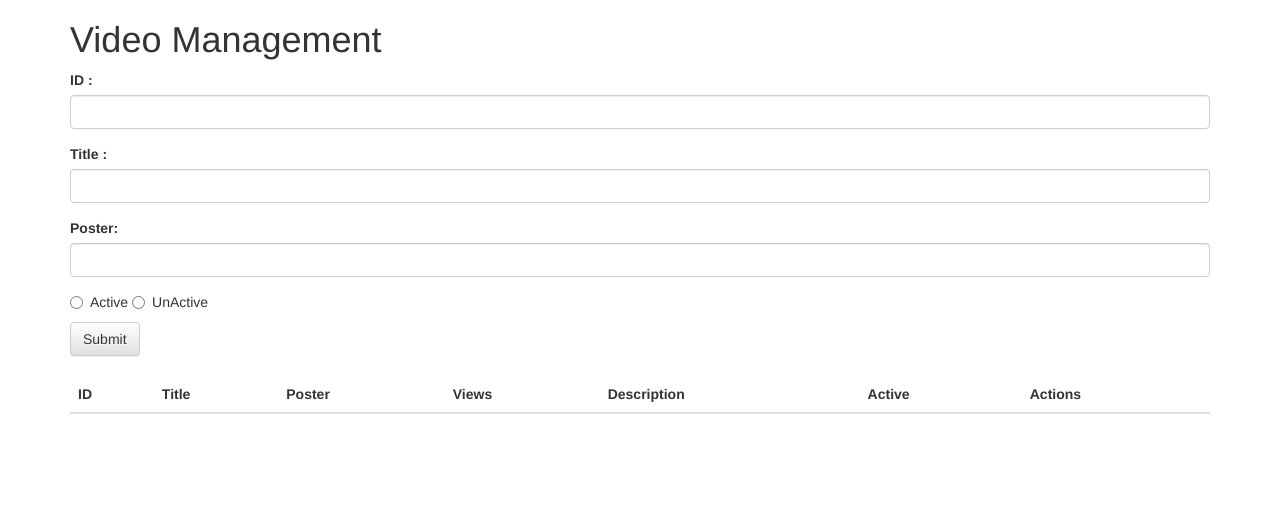
Repository: Hacorbie/Java-Servlet
Page: http://localhost/ASM_JV4/views/User.jsp
An editor plug-in stored every save of this project. The page is shown before and after the next save, followed by the edit.
The browser window is 1280 px wide. The pictures show the whole page.
Some web libraries are served in a nearby version. The page is served by Tomcat 9. Other server files are loaded and not shown. The template is opened directly, without the code that normally fills it, so the values that code supplies are empty.

Above is the page before, as saved 2023-04-08 17:38:07.

### ASM_JV4/src/main/webapp/views/User.jsp
<%@ page language="java" contentType="text/html; charset=UTF-8"
	pageEncoding="UTF-8"%>
<%@ taglib uri="http://java.sun.com/jsp/jstl/core" prefix="c"%>
<!DOCTYPE html>
<html>
<head>
<meta charset="UTF-8">
<title>Video Management</title>
<!-- Thêm các file CSS Bootstrap -->
<link rel="stylesheet"
	href="https://maxcdn.bootstrapcdn.com/bootstrap/3.3.7/css/bootstrap.min.css">
<link rel="stylesheet"
	href="https://maxcdn.bootstrapcdn.com/bootstrap/3.3.7/css/bootstrap-theme.min.css">
</head>
<body>
	<div class="container">
		<h1>Video Management</h1>
		<!-- Form thêm mới video -->
		<form method="post" action="VideoController">
		<div class="form-group">
    <label for="ID">ID :</label>
    <input type="text" class="form-control" name ="ID">
  </div>
			<div class="form-group">
    <label for="title">Title :</label>
    <input type="text" class="form-control" name ="title">
  </div>
  <div class="form-group">
    <label for="poster">Poster:</label>
    <input type="text" class="form-control" name="poster">
  </div>
  <div class="radio">
    <label><input type="radio" name = "active" value ="yes"> Active</label>
    <label><input type="radio"name = "active" value ="no"> UnActive</label>
  </div>
  <button type="submit" class="btn btn-default">Submit</button>
		</form>
		<br>
		<!-- Bảng hiển thị danh sách video -->
		<table class="table">
			<thead>
				<tr>
					<th>ID</th>
					<th>Title</th>
					<th>Poster</th>
					<th>Views</th>
					<th>Description</th>
					<th>Active</th>
					<th>Actions</th>
				</tr>
			</thead>
			<tbody>
				<c:forEach var="video" items="${videos}">
					<tr>
						<td>${video.id}</td>
						<td>${video.title}</td>
						<td>${video.poster}</td>
						<td>${video.views}</td>
						<td>${video.description}</td>
						<td>${video.active}</td>
						<td>
							<!-- Form chỉnh sửa video -->
							<form method="post" action="VideoController" class="form-inline">
								<input type="hidden" name="action" value="edit"> <input
									type="hidden" name="id" value="${video.id}">
								<div class="form-group">
									<label for="title">Title:</label> <input type="text"
										class="form-control" id="title" name="title"
										value="${video.title}" required>
								</div>
								<div class="form-group">
									<label for="poster">Poster:</label> <input type="text"
										class="form-control" id="poster" name="poster"
										value="${video.poster}" required>
								</div>
								<div class="form-group">
									<label for="description">Description:</label> <input
										type="text" class="form-control" id="description"
										name="description" value="${video.description}" required>
								</div>
								<div class="form-group">
									<label for="views">Views:</label> <input type="number"
										class="form-control" id="views" name="views"
										value="${video.views}" required>
								</div>
								<div class="form-group">
									<label for="active">Active:</label> <input type="checkbox"
										id="active" name="active"
										<c:if test="${video.active}">checked</c:if>>
								</div>
								<button type="submit" class="btn btn-primary">Update</button>
							</form> <!-- Form xóa video -->
							<form method="post" action="VideoController" class="form-inline">
								<input type="hidden" name="action" value="delete"> <input
									type="hidden" name="id" value="${video.id}">
								<button type="submit" class="btn btn-danger">Delete</button>
							</form>
						</td>
					</tr>
				</c:forEach>
			</tbody>
		</table>
	</div>
	<!-- Thêm các file JavaScript Bootstrap -->
	<script
		src="https://ajax.googleapis.com/ajax/libs/jquery/3.2.1/jquery.min.js"></script>
	<script
		src="https://maxcdn.bootstrapcdn.com/bootstrap/3.3.7/js/bootstrap.min.js"></script>

</body>
</html>

After the next save:
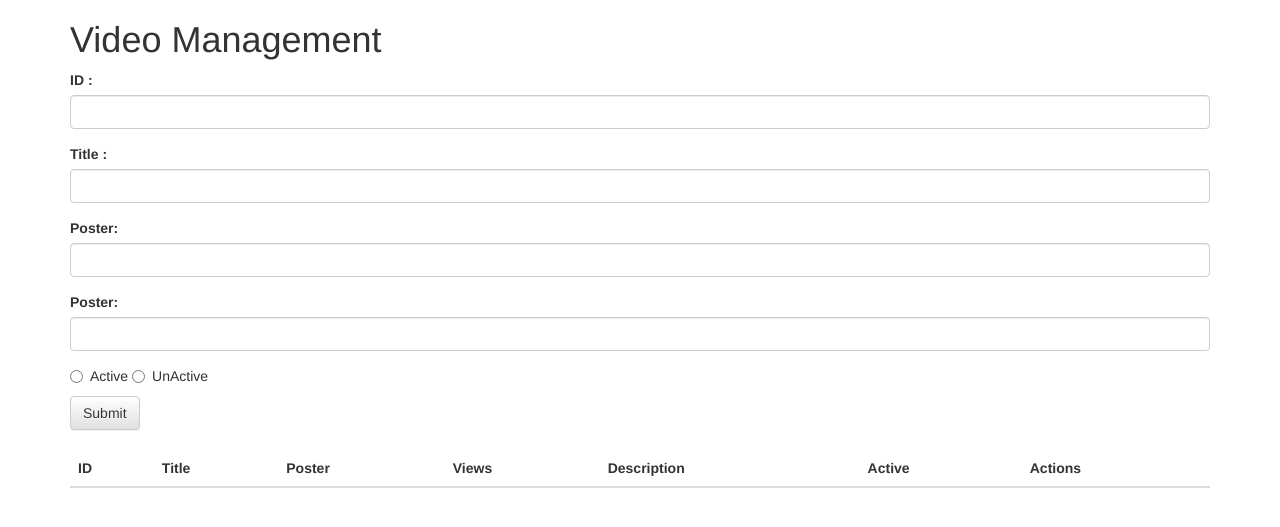
Saved 22 s later.
--- a/ASM_JV4/src/main/webapp/views/User.jsp
+++ b/ASM_JV4/src/main/webapp/views/User.jsp
@@ -27,6 +27,10 @@
   </div>
   <div class="form-group">
     <label for="poster">Poster:</label>
+    <input type="text" class="form-control" name="poster">
+  </div>
+  <div class="form-group">
+    <label for="Des">Poster:</label>
     <input type="text" class="form-control" name="poster">
   </div>
   <div class="radio">
